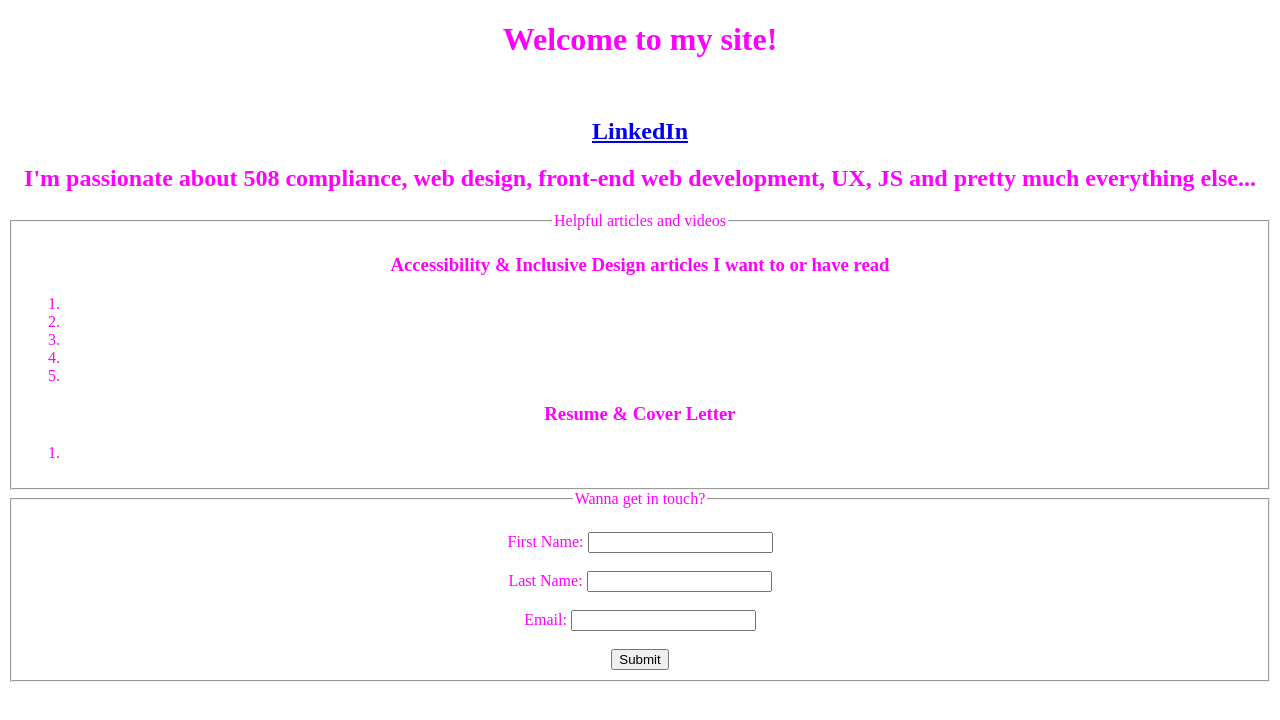
Repository: jasvr/jasvr.io
Page: index.html
The author's editor kept a copy of each file at every save. The page is drawn from the files as they stood at one save, then again after a run of saves.
The browser window is 1280 px wide. The pictures show the whole page.

Above is the page before, as saved 2020-01-20 13:28:34.

After the next 5 saves:
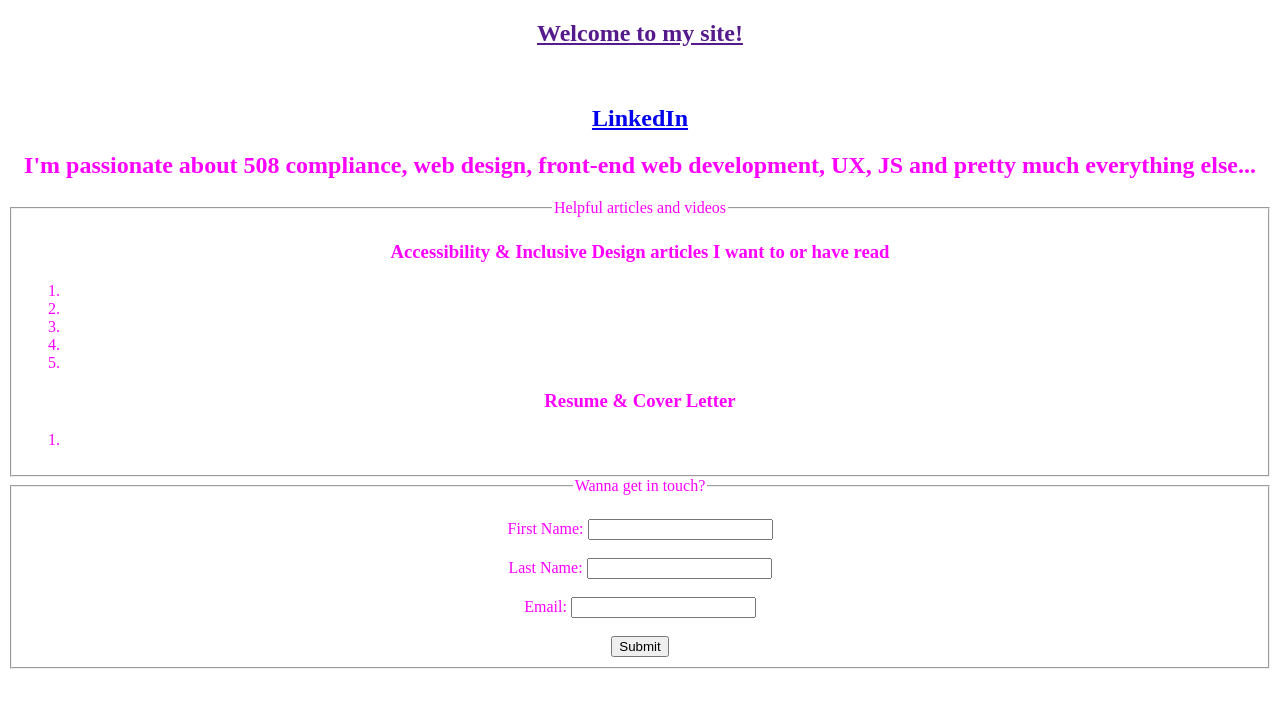
The 5 saves are shown as one change because they came seconds apart.
The last was saved 11 s later.
--- a/index.html
+++ b/index.html
@@ -8,7 +8,9 @@
     <link href="style.css" type="text/css" rel="stylesheet">
 </head>
 <body>
-
+    <nav>
+        <a href=""
+    </nav>
     <h1>Welcome to my site!</h1>
     <br>
     <h2><a href="https://www.linkedin.com/in/jasvrgs/">LinkedIn</a></h2>
